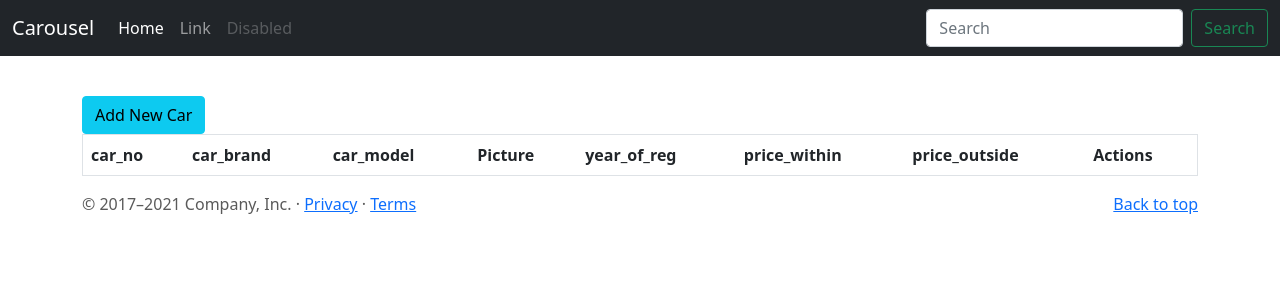
Repository: Cwills21/Aiti-dbc26.1-group-2
Page: http://localhost/cars
An editor plug-in stored every save of this project. The page is shown before and after the next save, followed by the edit.
The browser window is 1280 px wide. The pictures show the whole page.
The page is served by the project's Laravel application, run on PHP 8.4 with Laravel 8. Other server files are loaded and not shown. Queries for data that is not in the repository find no rows.

Above is the page before, as saved 2022-03-09 22:53:10.

### routes/web.php
<?php

use App\Http\Controllers\CarController;
use Illuminate\Support\Facades\Route;

/*
|--------------------------------------------------------------------------
| Web Routes
|--------------------------------------------------------------------------
|
| Here is where you can register web routes for your application. These
| routes are loaded by the RouteServiceProvider within a group which
| contains the "web" middleware group. Now create something great!
|
*/

Route::get('/', function () {
    return view('welcome');
});

Route::get('/dashboard', function () {
    return view('dashboard');
})->middleware(['auth'])->name('dashboard');

require __DIR__.'/auth.php';

//Cars
Route::prefix('/cars')->group(function(){
    Route::get('/', [CarController::class, 'showAllCars'])->name('showAllCars');
    Route::get('/add', [CarController::class, 'showAddCarPage'])->name('showAddCarPage');
    Route::get('/{id}/edit', [CarController::class, 'showEditCarPage'])->name('updateCar');

    Route::post('/', [CarController::class, 'saveCar'])->name('saveCar');
    Route::put('/', [CarController::class, 'updateCar']);
    Route::delete('/', [CarController::class, 'deleteCar'])->name('deleteCar');

    });

### app/Http/Controllers/CarController.php
<?php

namespace App\Http\Controllers;

use Illuminate\Http\Request;
use App\Models\Car;

class CarController extends Controller
{
    public function showAllCars() {
        $allCars = Car::paginate(10);
        return view('cars.list')
                ->with('cars', $allCars);
    }

    public function showAddCarPage(){
       return view('cars.cars-form')
         ->with('car', new Car)
         ->with('edit', false);
    }

    public function showEditCarPage($id){
        $car = Car::findOrFail($id);
        return view('cars.cars-form')
         ->with('edit', true)
         ->with('car', $car);
    }
    public function savecar(Request $request){
        $request->validate([
     'car_no' => 'required|min:3|max:10|unique:cars,car_no',
     'car_brand' => 'required|min:3|max:50',
     'car_model' => 'required|min:3|max:50',
     'year_of_reg' => 'required|min:4|max:4',
     'price_within'=> 'required|numeric',
     'price_outside'=> 'required|numeric',
     'picture'=> 'image',

 ],[
     // custom messages
     'unique' => 'This :attribute is already registered in the system'
 ],[
     // custom attribute names
     'car_no' => 'Car munber',
 ]);
 $path = $request->file('picture')
     ->store('images');
 $newCar = new Car();
 $newCar->car_no = $request->input('car_no');
 $newCar->car_brand = $request->input('car_brand');
 $newCar->car_model = $request->input('car_model');
 $newCar->year_of_reg = $request->input('year_of_reg');
 $newCar->price_within = $request->input('price_within');
 $newCar->price_outside = $request->input('price_outside');
 $newCar->picture = $path;
 $newCar->save();
 session()->flash('alert', $newCar->Carname. ' Added successfully');
 return redirect('/cars');

}
public function updateCar(Request $request){
    $path = $request->file('picture')
     ->store('images');
    $car = Car::findOrFail( $request->input('id'));
    $car->car_no = $request->input('car_no');
    $car->car_brand = $request->input('car_brand');
    $car->car_model = $request->input('car_model');
    $car->year_of_reg = $request->input('year_of_reg');
    $car->price_within = $request->input('price_within');
    $car->price_outside = $request->input('price_outside');
    $car->picture = $path;
    $car->save();
    session()->flash('alert', $car->Carname. ' updated successfully');
    return redirect('/cars');
}
public function deleteCar(Request $request){
    $car = Car::findOrFail( $request->input('id'));
    $car->delete();
    session()->flash('alert', $car->Carname. ' deleted successfully');
    return redirect('/cars');
}
}

### app/Models/Car.php
<?php

namespace App\Models;

use Illuminate\Database\Eloquent\Factories\HasFactory;
use Illuminate\Database\Eloquent\Model;

class Car extends Model
{
    use HasFactory;

    public function getCarnameAttribute(){
        return $this->car_brand. ' '. $this->car_model. ' '. $this->car_no;
    }
}

### resources/views/cars/list.blade.php
@extends('layout.master')

@section('page_title', 'List of Cars')

@section('content')
<div>
    <a href="/cars/add" class="btn btn-info">Add New Car</a>
</div>
  <table class="table border">
  <thead>
    <tr>
      <th scope="col">car_no </th>
      <th scope="col">car_brand</th>
      <th scope="col">car_model</th>
      <th scope="col">Picture</th>
      <th scope="col">year_of_reg</th>
      <th scope="col">price_within</th>
      <th scope="col">price_outside</th>
      <th scope="col">Actions</th>
    </tr>
  </thead>
  <tbody>
      @foreach ($cars as $car)
      <tr>
        <td>{{$car->car_no}}</td>
        <td>{{$car->car_brand}}</td>
        <td>{{$car->car_model}}</td>
        <td><img style="height:80px" src="{{asset($car->picture)}}" class="img-thumbnail rounded"></td>
        <td>{{$car->year_of_reg}}</td>
        <td>{{$car->price_within}}</td>
        <td>{{$car->price_outside}}</td>
        <td class="right">
            <a type="button"
            href="{{route('updateCar', ['id' => $car->id])}}"
            class="btn btn-info">Edit</a>

            <button type="button"
            onclick="openModal('{{$car->Carname}}', '{{$car->id}}')"
            class="btn btn-danger"
            data-bs-toggle="modal"
            data-bs-target="#deleteCarModal">Delete</button>
        </td>
      </tr>

      @endforeach
  </tbody>
</table>

 <form action="/cars" name="delete_form" method="POST">
    @method('DELETE')
    @csrf
    <input type="hidden" id="car_id_in_form" name="id">
</form>

{{-- confirmation modal --}}
<div class="modal fade" tabindex="-1" id="deleteCarModal"
data-bs-backdrop="static"
data-bs-keyboard="false">
  <div class="modal-dialog">
    <div class="modal-content">
      <div class="modal-header">
        <h5 class="modal-title">Confirm Delete</h5>
        <button type="button" class="btn-close" data-bs-dismiss="modal" aria-label="Close"></button>
      </div>
      <div class="modal-body">
        <p>
            Are you sure you want to delete Car :
            <strong><em><span id="car_name_in_modal"></span></em></strong> ?
        </p>
      </div>
      <div class="modal-footer">
        <button type="button" class="btn btn-secondary" data-bs-dismiss="modal">Cancel</button>
        <button type="button" onclick="deleteCar()" class="btn btn-danger">Yes, delete record</button>
      </div>
    </div>
  </div>
</div>

<script>
    function openModal(carName, carId){
       const modalCarName = document.getElementById('car_name_in_modal');
       const formCarId = document.getElementById('car_id_in_form');
       modalCarName.textContent = carName;
       formCarId.value = carId;
    }

    function deleteCar(){
        const deleteForm = document.forms['delete_form'];
        deleteForm.submit();
    }
</script>
{{$cars->links()}}
@endsection

### resources/views/layout/master.blade.php

<!doctype html>
<html lang="en">
  <head>
    <meta charset="utf-8">
    <meta name="viewport" content="width=device-width, initial-scale=1">
    <meta name="description" content="">
    <meta name="author" content="Mark Otto, Jacob Thornton, and Bootstrap contributors">
    <meta name="generator" content="Hugo 0.88.1">
    <title>Carousel Template · Bootstrap v5.1</title>

    <link rel="canonical" href="https://getbootstrap.com/docs/5.1/examples/carousel/">



    <!-- Bootstrap core CSS -->
<link href="https://cdn.jsdelivr.net/npm/bootstrap@5.1.3/dist/css/bootstrap.min.css" rel="stylesheet" integrity="sha384-1BmE4kWBq78iYhFldvKuhfTAU6auU8tT94WrHftjDbrCEXSU1oBoqyl2QvZ6jIW3" crossorigin="anonymous">
    <!-- Favicons -->
<link rel="apple-touch-icon" href="/docs/5.1/assets/img/favicons/apple-touch-icon.png" sizes="180x180">
<link rel="icon" href="/docs/5.1/assets/img/favicons/favicon-32x32.png" sizes="32x32" type="image/png">
<link rel="icon" href="/docs/5.1/assets/img/favicons/favicon-16x16.png" sizes="16x16" type="image/png">
<link rel="manifest" href="/docs/5.1/assets/img/favicons/manifest.json">
<link rel="mask-icon" href="/docs/5.1/assets/img/favicons/safari-pinned-tab.svg" color="#7952b3">
<link rel="icon" href="/docs/5.1/assets/img/favicons/favicon.ico">
<meta name="theme-color" content="#7952b3">


    <style>
      .bd-placeholder-img {
        font-size: 1.125rem;
        text-anchor: middle;
        -webkit-user-select: none;
        -moz-user-select: none;
        user-select: none;
      }

      @media (min-width: 768px) {
        .bd-placeholder-img-lg {
          font-size: 3.5rem;
        }
      }
    </style>


    <!-- Custom styles for this template -->
    <!-- <link href="carousel.css" rel="stylesheet"> -->
    <link href="{{url('css/carousel.css') }}" rel="stylesheet">
  </head>
  <body>

<header>
  <nav class="navbar navbar-expand-md navbar-dark fixed-top bg-dark">
    <div class="container-fluid">
      <a class="navbar-brand" href="#">Carousel</a>
      <button class="navbar-toggler" type="button" data-bs-toggle="collapse" data-bs-target="#navbarCollapse" aria-controls="navbarCollapse" aria-expanded="false" aria-label="Toggle navigation">
        <span class="navbar-toggler-icon"></span>
      </button>
      <div class="collapse navbar-collapse" id="navbarCollapse">
        <ul class="navbar-nav me-auto mb-2 mb-md-0">
          <li class="nav-item">
            <a class="nav-link active" aria-current="page" href="#">Home</a>
          </li>
          <li class="nav-item">
            <a class="nav-link" href="#">Link</a>
          </li>
          <li class="nav-item">
            <a class="nav-link disabled">Disabled</a>
          </li>
        </ul>
        <form class="d-flex">
          <input class="form-control me-2" type="search" placeholder="Search" aria-label="Search">
          <button class="btn btn-outline-success" type="submit">Search</button>
        </form>
      </div>
    </div>
  </nav>
</header>



<div class="container mt-5">
        @include('common.alert')
        {{-- @include('common.errors') --}}
        @yield('content')
</div>


  <!-- FOOTER -->
  <footer class="container">
    <p class="float-end"><a href="#">Back to top</a></p>
    <p>&copy; 2017–2021 Company, Inc. &middot; <a href="#">Privacy</a> &middot; <a href="#">Terms</a></p>
  </footer>

<!-- JavaScript Bundle with Popper -->
<script src="https://cdn.jsdelivr.net/npm/bootstrap@5.1.3/dist/js/bootstrap.bundle.min.js" integrity="sha384-ka7Sk0Gln4gmtz2MlQnikT1wXgYsOg+OMhuP+IlRH9sENBO0LRn5q+8nbTov4+1p" crossorigin="anonymous"></script>

  </body>
</html>

### resources/views/common/alert.blade.php
 @if(session()->has('alert'))
 <div class="alert alert-success" role="alert">
  {{session('alert')}}
</div>
@endif

### public/css/carousel.css
/* GLOBAL STYLES
-------------------------------------------------- */
/* Padding below the footer and lighter body text */

body {
  padding-top: 3rem;
  padding-bottom: 3rem;
  color: #5a5a5a;
}


/* CUSTOMIZE THE CAROUSEL
-------------------------------------------------- */

/* Carousel base class */
.carousel {
  margin-bottom: 4rem;
}
/* Since positioning the image, we need to help out the caption */
.carousel-caption {
  bottom: 3rem;
  z-index: 10;
}

/* Declare heights because of positioning of img element */
.carousel-item {
  height: 32rem;
}
.carousel-item > img {
  position: absolute;
  top: 0;
  left: 0;
  min-width: 100%;
  height: 32rem;
}


/* MARKETING CONTENT
-------------------------------------------------- */

/* Center align the text within the three columns below the carousel */
.marketing .col-lg-4 {
  margin-bottom: 1.5rem;
  text-align: center;
}
.marketing h2 {
  font-weight: 400;
}
/* rtl:begin:ignore */
.marketing .col-lg-4 p {
  margin-right: .75rem;
  margin-left: .75rem;
}
/* rtl:end:ignore */


/* Featurettes
------------------------- */

.featurette-divider {
  margin: 5rem 0; /* Space out the Bootstrap <hr> more */
}

/* Thin out the marketing headings */
.featurette-heading {
  font-weight: 300;
  line-height: 1;
  /* rtl:remove */
  letter-spacing: -.05rem;
}


/* RESPONSIVE CSS
-------------------------------------------------- */

@media (min-width: 40em) {
  /* Bump up size of carousel content */
  .carousel-caption p {
    margin-bottom: 1.25rem;
    font-size: 1.25rem;
    line-height: 1.4;
  }

  .featurette-heading {
    font-size: 50px;
  }
}

@media (min-width: 62em) {
  .featurette-heading {
    margin-top: 7rem;
  }
}

Loaded but not shown: routes/auth.php (common file); app/Http/Controllers/Controller.php (common file); resources/views/components/responsive-nav-link.blade.php (common file)

After the next save:
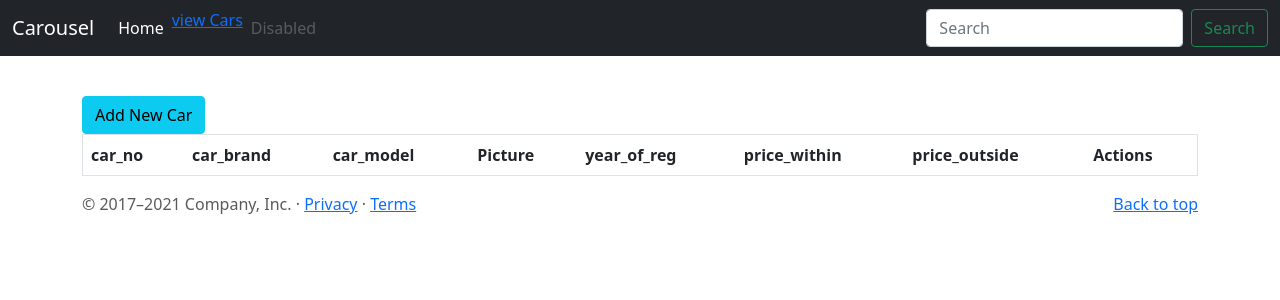
Saved 5 min 51 s later.
--- a/resources/views/layout/master.blade.php
+++ b/resources/views/layout/master.blade.php
@@ -49,6 +49,46 @@
   <body>
 
 <header>
+
+<div class="collapse navbar-collapse navbar-right">
+                    <ul class="nav navbar-nav">
+                        <li class="scroll active"><a href="#home">Home</a></li>
+                        <li class="scroll"><a href="#services">Our Service</a></li>
+                        <li class="scroll"><a href="#about">About Us</a></li>
+                        <li class="scroll"><a href="{{ route('showAllCars') }}">view Cars</a></li>
+                        <li class="scroll"><a href="#portfolio">Our Cars</a></li>
+                        <li class="scroll"><a href="#our-team">Team</a></li>
+                        <li class="scroll"><a href="#pricing">Pricing</a></li>
+                        <li class="scroll"><a href="#contact-us">Contact</a></li>
+                        @if (Route::has('login'))
+                        @auth
+                        <form method="POST" action="{{ route('logout') }}">
+                                    @csrf
+                                    <x-responsive-nav-link :href="route('logout')"
+                                            onclick="event.preventDefault();
+                                                        this.closest('form').submit();">
+                                        <li class="scroll">Log Out</li>
+                                    </x-responsive-nav-link>
+                        </form>
+                        @else
+                        <li class="scroll">
+                            <a href="{{ route('login') }}" class="nav-link text-success">Log in</a>
+                        </li>
+                            @if (Route::has('register'))
+                        <li class="scroll">
+                            <a href="{{ route('register') }}" class="nav-link text-info">Register</a>
+                        </li>
+                            @endif
+                        @endauth
+
+                    @endif
+                    </ul>
+
+                </div>
+
+
+
+
   <nav class="navbar navbar-expand-md navbar-dark fixed-top bg-dark">
     <div class="container-fluid">
       <a class="navbar-brand" href="#">Carousel</a>
@@ -58,10 +98,10 @@
       <div class="collapse navbar-collapse" id="navbarCollapse">
         <ul class="navbar-nav me-auto mb-2 mb-md-0">
           <li class="nav-item">
-            <a class="nav-link active" aria-current="page" href="#">Home</a>
+            <a class="nav-link active" aria-current="page" href="/">Home</a>
           </li>
           <li class="nav-item">
-            <a class="nav-link" href="#">Link</a>
+          <a href="{{ route('showAllCars') }}">view Cars</a>
           </li>
           <li class="nav-item">
             <a class="nav-link disabled">Disabled</a>
